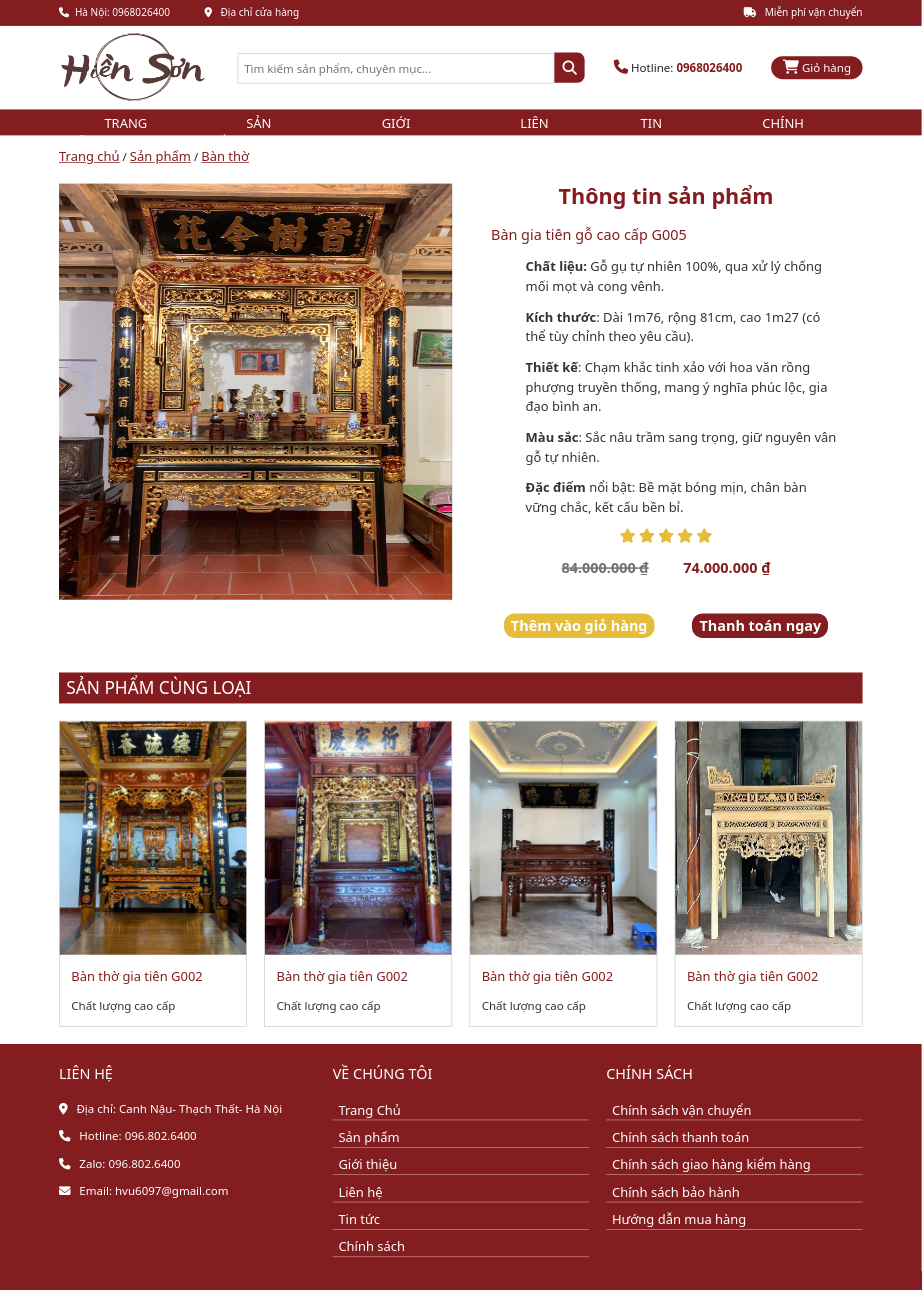
Repository: hoang28092000/do_go_hien_son
Page: product_details/ban_tho-g005.html
An editor plug-in stored every save of this project. The page is shown before and after the next save, followed by the edit.
The browser window is 1280 px wide. The pictures show the whole page, at 72% of full size.
Some web libraries are served in a nearby version.

Above is the page before, as saved 2024-08-10 22:06:43.

### product_details/ban_tho-g005.html
<!DOCTYPE html>
<html lang="en">
<head>
    <meta charset="UTF-8">
    <meta name="viewport" content="width=device-width, initial-scale=1.0">
    <link rel="stylesheet" href="../asset/style.css">
    <link rel="stylesheet" href="https://cdnjs.cloudflare.com/ajax/libs/font-awesome/6.6.0/css/all.min.css" integrity="sha512-Kc323vGBEqzTmouAECnVceyQqyqdsSiqLQISBL29aUW4U/M7pSPA/gEUZQqv1cwx4OnYxTxve5UMg5GT6L4JJg==" crossorigin="anonymous" referrerpolicy="no-referrer" />
    <link href="https://cdn.jsdelivr.net/npm/bootstrap@5.3.3/dist/css/bootstrap.min.css" rel="stylesheet" integrity="sha384-QWTKZyjpPEjISv5WaRU9OFeRpok6YctnYmDr5pNlyT2bRjXh0JMhjY6hW+ALEwIH" crossorigin="anonymous">
    <title>Bàn thờ gia tiên G005</title>
</head>
<body>
    <div id="header">
        <div class="top_header">
            <div class="container">
                <div class=" d-flex align-items-center justify-content-between pt-1">
                    <div class="d-flex">
                        <p class="mb-0 me-5"><a href="" class="txt-th">
                            <i class="fa-solid fa-phone icon-th pe-2"></i>Hà Nội: 0968026400
                        </a></p>
                        <p class="mb-0"><a href="" class="txt-th">
                            <i class="fa-solid fa-location-dot icon-th pe-2"></i>
                        Địa chỉ cửa hàng</a></p>
                    </div>
                    <p class="mb-0"><a href="" class="txt-th">
                        <i class="fa-solid fa-truck icon-th pe-2"></i>
                    Miễn phí vận chuyển</a></p>
                </div>
            </div>
        </div>
    </div>

        <div class="main_header py-2">
            <div class="container">
                <ul class="d-flex justify-content-between align-items-center ps-0 mb-0">
                    <li class="logo-hs">
                        <a href="../index.html"><img src="../asset/image/logo_1.png" class="logo-hd" alt=""></a>
                    </li>
                    <li class="search-hd">
                        <input type="text" class="input-search-hd" placeholder="Tìm kiếm sản phẩm, chuyên mục..."><i class="fa-solid fa-magnifying-glass icon-search_hd"></i>
                    </li>

                    <li class="contact-hd">
                        <i class="fa-solid fa-phone icon-hd "></i>
                        <span class="txt-hd">Hotline: <b style="color: #831d1f;">0968026400</b></span>
                    </li>

                    <li class="cart-hd">
                        <p class="mb-0 cart-list py-1 px-3">
                            <i class="fa-solid fa-cart-shopping icon-cart"></i><span class="txt-cart"> Giỏ hàng</span>
                        </p>
                    </li>
                </ul>
            </div>
        </div>

        <div class="bottom_header">
            <div class="container">
                <ul class="links d-flex justify-content-center align-items-center mb-0 ps-0">
                    <li class="link "><a href="../index.html" class="txt-link">TRANG CHỦ</a></li>
                    <li class="link"><a href="../website/product.html" class="txt-link">SẢN PHẨM</a></li>
                    <li class="link"><a href="../website/about-us.html" class="txt-link">GIỚI THIỆU</a></li>
                    <li class="link"><a href="../website/contact.html" class="txt-link">LIÊN HỆ</a></li>
                    <li class="link"><a href="../website/news.html" class="txt-link">TIN TỨC</a></li>
                    <li class="link"><a href="../website/policy.html" class="txt-link">CHÍNH SÁCH</a></li>
                 </ul>
            </div>
        </div>
    </div>
    <div class="main-product_details">
        <div class="container">
            <div class="links-product_details pt-3 pb-4">
                <a href="../index.html" class="link-pd">Trang chủ</a>
                <span class="slash"> /</span>
                <a href="../website/product.html" class="link-pd">Sản phẩm</a>
                <span class="slash"> /</span>
                <a href="../website/product.html" class="link-pd">Bàn thờ</a>
            </div>

            <div class="card-p_details">
                <div class="row">
                    <div class="col-lg-6">
                        <img src="../asset/image/anhn1.jfif" alt="" class="img-p_details w-100">
                    </div>
                    <div class="col-lg-6">
                        <div class="info-p_details">
                            <h3 class="name-p_details">
                                Thông tin sản phẩm
                            </h3>

                            <div class="desc-info-pd">
                                <p class="heading-pd">
                                    Bàn gia tiên gỗ cao cấp G005
                                </p>
                                <p class="txt-pd ps-5">
                                    <b>Chất liệu:</b> Gỗ gụ tự nhiên 100%, qua xử lý chống mối mọt và cong vênh.
                                </p>
                                <p class="txt-pd ps-5">
                                    <b>Kích thước</b>: Dài 1m76, rộng 81cm, cao 1m27 (có thể tùy chỉnh theo yêu cầu).
                                </p>
                                <p class="txt-pd ps-5">
                                    <b>Thiết kế</b>: Chạm khắc tinh xảo với hoa văn rồng phượng truyền thống, mang ý nghĩa phúc lộc, gia đạo bình an.
                                </p>
                                <p class="txt-pd ps-5">
                                    <b>Màu sắc</b>: Sắc nâu trầm sang trọng, giữ nguyên vân gỗ tự nhiên.
                                </p>
                                <p class="txt-pd ps-5">
                                    <b>Đặc điểm</b> nổi bật: Bề mặt bóng mịn, chân bàn vững chắc, kết cấu bền bỉ.
                                </p>
                                <div class="evaluate ">
                                    <i class="fa-solid fa-star icon-star"></i>
                                    <i class="fa-solid fa-star icon-star"></i>
                                    <i class="fa-solid fa-star icon-star"></i>
                                    <i class="fa-solid fa-star icon-star"></i>
                                    <i class="fa-solid fa-star icon-star"></i>

                                </div>
                                <div class="prices-pd d-flex justify-content-center my-3">
                                    <p class="price-pd mb-0">84.000.000 ₫</p>
                                    <p class="price_sold_out mb-0 ps-5">74.000.000 ₫</p>
                                </div>
                                <div class="pay text-center mt-5" >
                                    <button class="add_cart me-5">Thêm vào giỏ hàng</button>
                                    <button class="buy">Thanh toán ngay</button>
                                </div>
                        </div>
                    </div>
                </div>
            </div>
            <h3 class="title-pd mt-5">
                SẢN PHẨM CÙNG LOẠI
            </h3>
            <div class="pd-relate my-4">
                <div class="row">
                    <div class="col-lg-3">
                        <a href="" class="a-link_pd">
                            <div class="card-pd">
                                <img src="../asset/image/anhn3.jfif" alt="this is picture" class="w-100 img-relate">
                                <p class="name-product_r mt-3 px-3">Bàn thờ gia tiên G002</p>
                                <p class="info-pd_r px-3">Chất lượng cao cấp</p>
                            </div>
                        </a>
                    </div>
                    <div class="col-lg-3">
                        <a href="" class="a-link_pd">
                            <div class="card-pd">
                                <img src="../asset/image/anhn4.jfif" alt="this is picture" class="w-100 img-relate">
                                <p class="name-product_r mt-3 px-3">Bàn thờ gia tiên G002</p>
                                <p class="info-pd_r px-3">Chất lượng cao cấp</p>
                            </div>
                        </a>
                    </div>
                    <div class="col-lg-3">
                        <a href="" class="a-link_pd">
                            <div class="card-pd">
                                <img src="../asset/image/anhn5.jfif" alt="this is picture" class="w-100 img-relate">
                                <p class="name-product_r mt-3 px-3">Bàn thờ gia tiên G002</p>
                                <p class="info-pd_r px-3">Chất lượng cao cấp</p>
                            </div>
                        </a>
                    </div>
                    <div class="col-lg-3">
                        <a href="" class="a-link_pd">
                            <div class="card-pd">
                                <img src="../asset/image/anhn7.jfif" alt="this is picture" class="w-100 img-relate">
                                <p class="name-product_r mt-3 px-3">Bàn thờ gia tiên G002</p>
                                <p class="info-pd_r px-3">Chất lượng cao cấp</p>
                            </div>
                        </a>
                    </div>
                </div>
            </div>
        </div>
    </div>


    <div id="footer" class="mt-3">
        <div class="container">
            <div class="row">
                <div class="col-lg-4">
                    <h4 class="title-ft">LIÊN HỆ</h4>
                    <ul class="list-info">
                        <li>
                            <i class="fa-solid fa-location-dot icon-ft pe-2"></i>
                            <span class="txt-ft">Địa chỉ: Canh Nậu- Thạch Thất- Hà Nội</span>
                        </li>
                        <li>
                            <i class="fa-solid fa-phone icon-ft pe-2"></i>
                            <span class="txt-ft">Hotline: 096.802.6400</span>
                        </li>
                        <li>
                            <i class="fa-solid fa-phone icon-ft pe-2"></i>
                            <span class="txt-ft">Zalo: 096.802.6400    </span>
                        </li>
                        <li>
                            <i class="fa-solid fa-envelope icon-ft pe-2"></i>
                           <span class="txt-ft">Email: hvu6097@gmail.com</span>
                        </li>
                    </ul>
                </div>
                <div class="col-lg-4">
                    <h4 class="title-ft">
                        VỀ CHÚNG TÔI
                    </h4>
                    <ul class="list-links ps-0">
                        <li class="item-link"><a href="../index.html" class="link-ft">Trang Chủ </a></li>
                        <li class="item-link"><a href="../website/product.html" class="link-ft">Sản phẩm</a></li>
                        <li class="item-link"><a href="../website/about-us.html" class="link-ft">Giới thiệu</a></li>
                        <li class="item-link"><a href="../website/contact.html" class="link-ft">Liên hệ</a></li>
                        <li class="item-link"><a href="../website/news.html" class="link-ft">Tin tức</a></li>
                        <li class="item-link"><a href="../website/policy.html" class="link-ft">Chính sách</a></li>
                    </ul>
                </div>
                <div class="col-lg-4">
                    <h4 class="title-ft">
                       CHÍNH SÁCH
                    </h4>
                    <ul class="list-links ps-0">
                        <li class="item-link"><a href="../website/policy.html" class="link-ft">Chính sách vận chuyển </a></li>
                        <li class="item-link"><a href="../website/policy.html" class="link-ft">Chính sách thanh toán</a></li>
                        <li class="item-link"><a href="../website/policy.html" class="link-ft">Chính sách giao hàng kiểm hàng</a></li>
                        <li class="item-link"><a href="../website/policy.html" class="link-ft">Chính sách bảo hành</a></li>
                        <li class="item-link"><a href="../website/policy.html" class="link-ft">Hướng dẫn mua hàng</a></li>
                    </ul>
                </div>

            </div>
        </div>
    </div>
</body>
</html>

### asset/style.css
*{
    padding: 0px;
    margin: 0px ;
    box-sizing: border-box;
    list-style: none;
}

.top_header{
    height: 36px;
    background-color: #831d1f;
}

.top_header .txt-th{
    color: #fff;
    font-size: 14px;
    text-decoration: none;
    font-weight: 500;
}

.top_header .icon-th{
    color: #fff;
}
.top_header .txt-th:hover,
.top_header .icon-th:hover{
    opacity: 0.7;
}

.main_header .logo-hd{
    height: 100px;
    width: 208px;
}
.main_header .input-search-hd{
    font-size: 16px;
    color: #333;
    padding-left: 8px;
    width: 440px;
    height: 42px;
    border: 1px solid #ccc;
    outline: none;
}
.main_header .icon-search_hd{
    font-size: 20px;
    background-color: #831d1f;
    padding: 11px;
    color: #fff;
    border-radius: 0 10px 10px 0;
}
.main_header .icon-search_hd:hover{
    opacity: 0.7;
    cursor: pointer;
}
.main_header .contact-hd .icon-hd{
    font-size: 20px;
    color: #831d1f;
}
.cart-hd .cart-list{
    background-color: #831d1f;
    border-radius: 16px;
}
.cart-hd .txt-cart{
    font-size: 16px;
    font-weight: 500;
    color: #fff;
}
.cart-hd .icon-cart{
    font-size: 20px;
    color: #fff;
}
.cart-hd .cart-list:hover{
    opacity: 0.7;
    cursor: pointer;
}

.bottom_header{
    height: 36px;
    background-color: #831d1f;
}
.bottom_header .links{
    list-style: none;
    padding-top: 6px;
}

.links .txt-link{
    text-decoration: none;
    font-size: 18px;
    font-weight: 500;
    color: #fff;
    padding: 7px 63px 5px;
}
/* .links .txt-link:first-child{
    padding-left:0 ;

}
.links .txt-link:last-child{
    padding-right:0 ;
} */
.links .txt-link:hover{
    cursor: pointer;
    background-color: #bd7071;
}


/* Main*/
#main{
    padding: 20px 0;
}

.left-main .product_portfolio .txt_portfolio{
    font-size: 18px;
    font-weight: 600;
    padding: 4px 10px 4px 0;
    text-align: center;
    background-color: #831d1f;
    color: #fff;
}

.left-main .list_portfolio .items-product{
    border-bottom: 1px solid #ccc;
    padding: 10px 0 4px;
}

.left-main .list_portfolio .items-product:hover{
    background-color: #bd7071;
    color: #fff;
    cursor: pointer;
}
.left-main .list_portfolio .items-product:hover .txt-porduct {
    color: #fff;
}

.left-main .list_portfolio .txt-porduct{
    font-size: 18px;
    color: #333;
    text-decoration: none;
    padding-left: 4px;
    font-weight: 500;
}

/* right-main */

.right-main .first_news .txt-title{
    font-size: 32px;
    font-weight: 600;
    color: #fff;
    background-color: #831d1f;
    padding-left: 10px;

}
.right-main .first_news .hr-title{
    height: 3px;
    background-color: rgb(83, 19, 19);
}
.right-main .first_news .img-rm{
    height: 700px;
}

.right-main .first_news .title-news{
    font-size: 24px;
    font-weight: 500;
    color: #333;

}
.right-main .first_news .txt-bnews{
    font-size: 22px;
    font-weight: 500;
    color: #333;
}
.right-main .first_news .txt-news{
    font-size: 18px;
    color: 16px;
    padding-left: 40px;
    font-weight: 400;
}

.right-main .first_news  .btxt-news{
    font-size: 20px;
    font-weight: 400;
    color: #333;
    padding-left: 20px;
}


/* Main product */
#main .product .img-product{
    height: 412px;
}
#main .product{
    box-shadow: 0px 0px 5px 4px #ccc;
    padding-bottom: 20px;
}
.link-product{
    text-decoration: none;

}
.product .name-product{
    font-size: 18px;
    color: #333;
    font-weight: 500;
    text-align: center;

}
.product .sold-out{
    font-size: 16px;
    color: #757070;
    text-align: center;
}
.product .price-pr{
    font-size: 18px;
    font-weight: 500;
    color: #757070;
    text-decoration: line-through;
}
.product .price-promotion{
    font-size: 18px;
    font-weight: 500;
    color: #fff;
    background-color: #831d1f;
    border-radius: 20px;
    text-align: center;
    padding: 4px 10px;
}
.product .icon_cart-product{
    font-size: 20px;
    color: #831d1f;
    margin-left: 10px;
}

#main .relate_news .title_relate{
    font-size: 24px;
    color: #fff;
    background-color: #831d1f;
    padding: 8px 0 8px 8px;
}
.relate_news .link-relate{
    text-decoration: none;
}
.relate_news .card-relate{
    padding-bottom: 20px;
    box-shadow: 0px 0px 5px 4px #ccc;
}
.card-relate .img-relate{
    height: 229px;
}
.card-relate .info_relate{
    padding: 20px 20px 0 20px;
}
.card-relate .info_relate .h-relate{
    font: size 18px;
    color: #333;
    font-weight: 500;
}
.card-relate .info_relate .desc-relate{
    font-size: 16px;
    font-weight: 400;
    color: #333;
}




/* main about-us */
.main_about-us .title-as{
    font-size: 30px;
    font-weight: 600;
    color: #831d1f;
    text-align: center;
}
.main_about-us .hr-as{
    width: 200px;
    height: 4px;
    background-color: #831d1f;
    margin: 0 auto;
}
.main_about-us .heading-txt{
    font-size: 20px;
    font-weight: 500;
    color: #333;
}

.main_about-us .desc-as{
    font-size: 18px;
    color: #333;
    line-height: 1.8;
}


/* main contact */

.main-contact .title-contact{
    font-size: 30px;
    font-weight: 600;
    color: #831d1f;
    text-align: center;
}

.main-contact .my-info{
    box-shadow: 0px 0px 5px 4px #ccc;
    padding:  20px ;
    height: 437px;
}
.main-contact .my-info .logo-info{
    width: 100px;
    height: 100px;
    border: 2px double #831d1f;

}
.main-contact .my-info .icon-contact{
    font-size: 20px;
    color: #831d1f;
}

.main-contact .my-info .your-info{
    font-size: 22px;
    font-weight: 500;
    color: #831d1f;
    text-align: center;
}
.main-contact .my-info .txt-yi{
    font-size: 18px;
    color: #333;
    font-weight: 500;
}

.main-contact .my-info .input-yi{
    width: 100%;
    outline: none;
    border: 1px solid #ccc;
    padding : 4px 0 4px 6px;
}
.main-contact .text-contact{
    font-size: 18px;
    color: #831d1f;
    font-weight: 500;
    text-align: center;
}
.main-contact .btn-submit{
    border-radius: 10px;
    background-color: #831d1f;
    color: #fff;
    padding: 6px 30px;
    font-size: 18px;
}


/* main-news*/
.main-news .title-news{
    font-size: 24px;
    font-weight: 500;
    color: #831d1f;
    border-bottom: 5px solid #831d1f;
}
.main-news .img-news{
    height: 205px;
}

.main-news .link-news{
    text-decoration: none;
}

.main-news .card-news{
    height: 373px;
    border: 1px solid #ccc;
}

.main-news .link-news .info-news{
    padding: 0 8px;
}

.main-news .link-news .heading-news{
    font-size: 18px;
    font-weight: 500;
    color: #333;
    padding-top: 16px;
    margin-bottom: 0;
}
.main-news .link-news .desc-news{
    font-size: 16px;
    font-weight: 400;
    color: #333;
    margin-top: 4px;
    margin-bottom: 0;
}
.main-news .link-news .time-up{
    font-size: 12px;
    color: #757070;
    font-style: italic;
    padding: 10px 0 20px;
    float: right ;
}

/*main policy  */
.main-policy .title-policy{
    font: 30px;
    color: #831d1f;
    font-weight: 700;
    text-align: center;
    padding-top: 40px;
}
.main-policy .hr-policy{
    width: 200px;
    height: 4px;
    background-color: #831d1f;
    margin: 0 auto;
}
.main-policy .info-policy{
    margin-bottom: 32px;
}

.main-policy .heading-policy{
    font-size: 20px;
    color: #333;
    font-weight: 500;
}

.main-policy .txt-policy{
    padding-left: 20px;
}


/* main thiết kế phòng thờ hợp phong thủy */
.main-design_news .title-ds_news{
    font-size: 30px;
    font-weight: 700;
    color: #831d1f;
    margin-top: 30px;
    text-align: center;
}
.main-design_news .desc-news{
    font-size: 20px;
    color: #333;
    font-weight: 400;
    line-height: 1.7;
}
.main-design_news .img-news{
    height: 400px;
    width: 45%;
    padding: 10px 20px;
}
.main-design_news .desc-img{
    font-size: 16px;
    color: #423e3e;
    font-style: italic;
    text-align: center;
    padding-top: 20px;
}
.main-design_news .title_desc-news{
    font-size: 24px;
    font-weight: 600;
}


/* main- san pham chi tiet */

.main-product_details .links-product_details .link-pd{
    color: #831d1f;
    font-size: 18px;
    font-weight: 400;

}
.main-product_details .img-p_details{
    height: 578px;
}
.main-product_details .info-p_details{
    padding: 0 30px;

}
.main-product_details .info-p_details .name-p_details{
    font-size: 30px;
    color: #831d1f;
    font-weight: 600;
    text-align: center;
}
.info-p_details .desc-info-pd .heading-pd{
    font-size: 20px;
    color: #831d1f;
    font-weight: 500;
    margin-top: 20px;
}
.desc-info-pd .txt-pd{
    font-size: 18px;
    color: #333;
    font-weight: 400;
}
.desc-info-pd .evaluate{
    text-align: center;
}
.desc-info-pd .icon-star{
    font-size: 20px;
    color: #e6bd3a;
    margin: 0 auto;
}
.desc-info-pd .price-pd{
    font-size: 20px;
    color: #757070;
    font-weight: 600;
    text-decoration: line-through;
}
.desc-info-pd .price_sold_out{
    font-size: 20px;
    color: #831d1f;
    font-weight: 600;
    border-radius: 15px;
}
.desc-info-pd .pay .add_cart{
    font-size: 20px;
    color: #fff;
    font-weight: 600;
    background-color: #e6bd3a;
    border: none;
    border-radius: 15px;
    padding: 2px 10px;
}
.desc-info-pd .pay .buy{
    font-size: 20px;
    color: #fff;
    font-weight: 600;
    background-color: #831d1f;
    border: none;
    border-radius: 15px;
    padding: 2px 10px;
}
 .main-product_details .title-pd{
    font-size: 24px;
    color: #fff;
    background: #831d1f;
    padding: 7px 0 7px 10px;

 }
 .main-product_details  .hr-pd{
    background-color: #831d1f;
    height: 4px;
 }
.main-product_details .a-link_pd{
    text-decoration: none;
}
 .main-product_details .card-pd{
    border: 1px solid #ccc;

 }
 .main-product_details .card-pd .img-relate{
    height: 324px
 }
 .main-product_details .a-link_pd .card-pd .name-product_r{
    font-size: 18px;
    color: #831d1f;
    font-weight: 500;
 }
 .main-product_details .a-link_pd .card-pd .info-pd_r{
    font-size: 16px;
    color: #333;
    font-weight: 400;
 }





/* footer */
#footer{
    background-color: #831d1f;
    padding: 30px 0;
}
#footer .title-ft{
    font-size: 20px;
    font-weight: 500;
    color: #fff;
    margin-bottom: 24px;
}
#footer .list-info{
    padding-left: 0;
}
#footer .txt-ft ,
.icon-ft{
    color: #fff;
    font-size: 16px;
    font-weight: 400;
    padding-bottom: 18px;
}
#footer .list-links .link-ft{
    font-size: 18px;
    color: #fff;
    font-weight: 400;
    text-decoration: none;
    padding-left: 8px;
}
#footer .list-links .item-link{
    border-bottom: 1px solid #cc8b8b;
    margin-bottom: 10px;
}
#footer .list-links .item-link:hover{
    background-color: #bd7071;
    cursor: pointer;

}

After the next save:
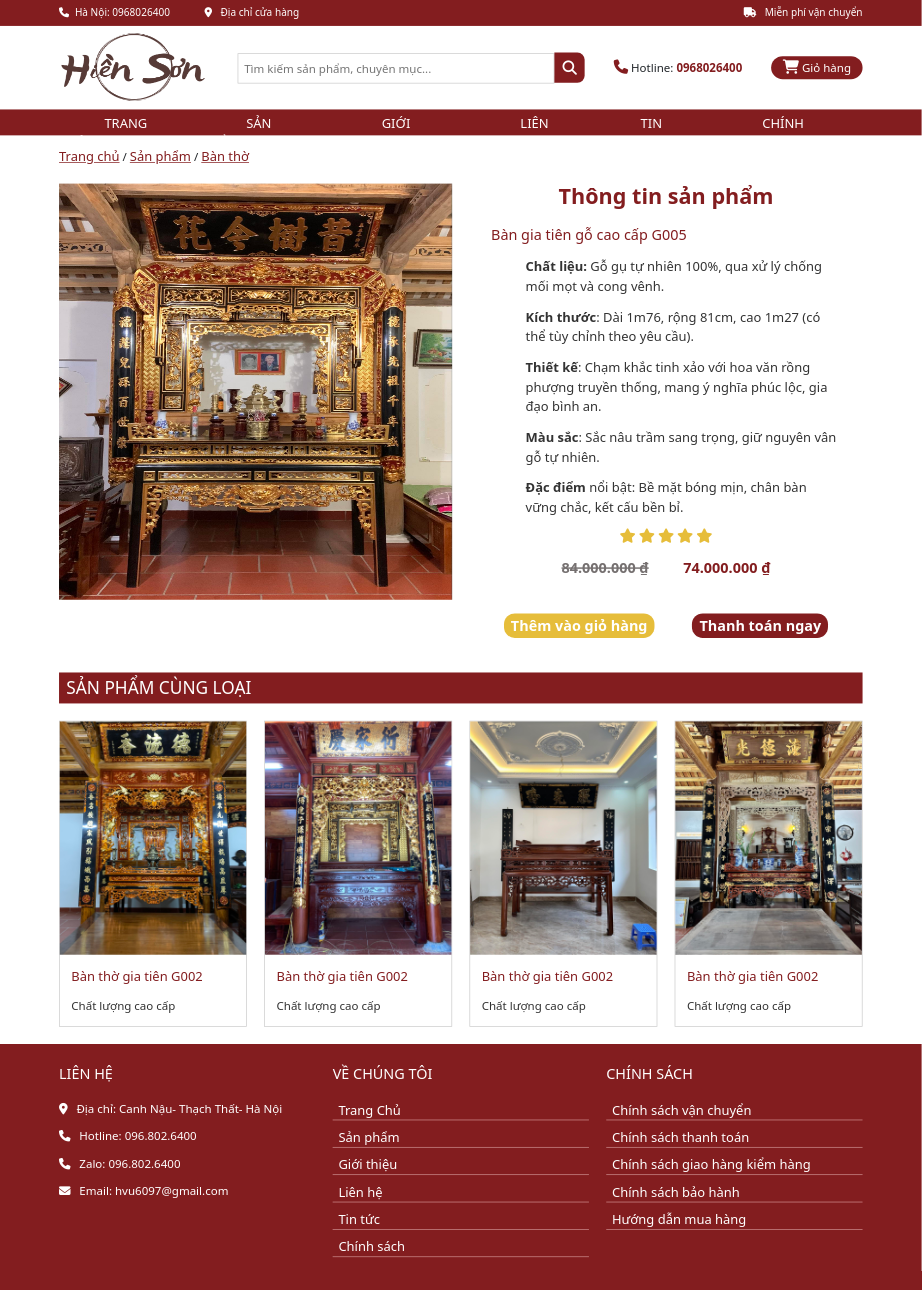
Saved 27 s later.
--- a/product_details/ban_tho-g005.html
+++ b/product_details/ban_tho-g005.html
@@ -161,7 +161,7 @@
                     <div class="col-lg-3">
                         <a href="" class="a-link_pd">
                             <div class="card-pd">
-                                <img src="../asset/image/anhn7.jfif" alt="this is picture" class="w-100 img-relate">
+                                <img src="../asset/image/anhn9.jfif" alt="this is picture" class="w-100 img-relate">
                                 <p class="name-product_r mt-3 px-3">Bàn thờ gia tiên G002</p>
                                 <p class="info-pd_r px-3">Chất lượng cao cấp</p>
                             </div>
